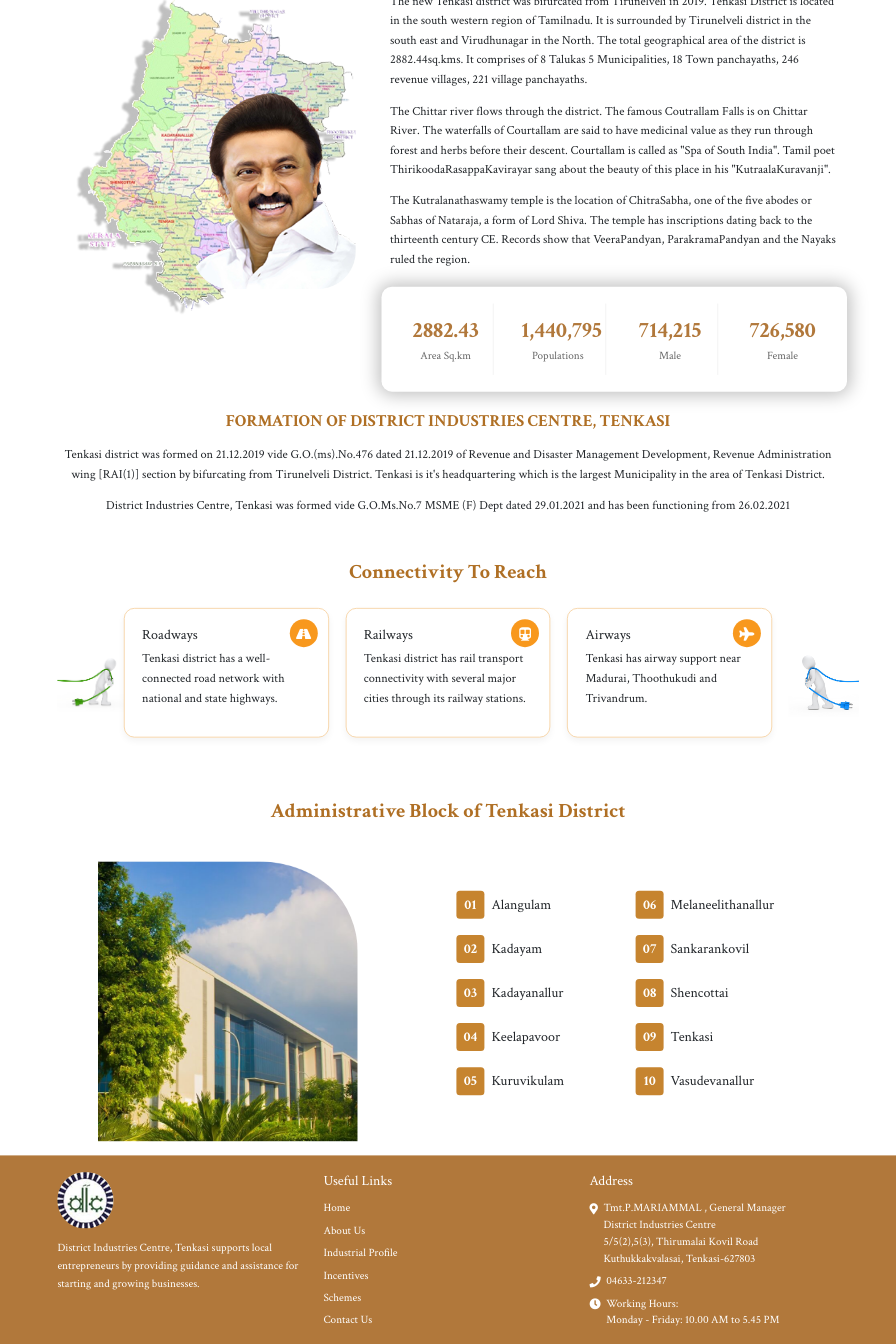
Repository: Brand-Mindz-Global-Technology-Pvt-Ltd/TenkasiDIC--FrontEnd
Page: About US/aboutus.html
The author's editor kept a copy of each file at every save. The page is drawn from the files as they stood at one save, then again after a run of saves.
The browser window is 1280 px wide. The pictures show the part of the page from y = 632 to 2552 px (the page is 2656 px tall), at 70% of full size.

Above is the page before, as saved 2025-07-07 13:32:28.

After the next 3 saves:
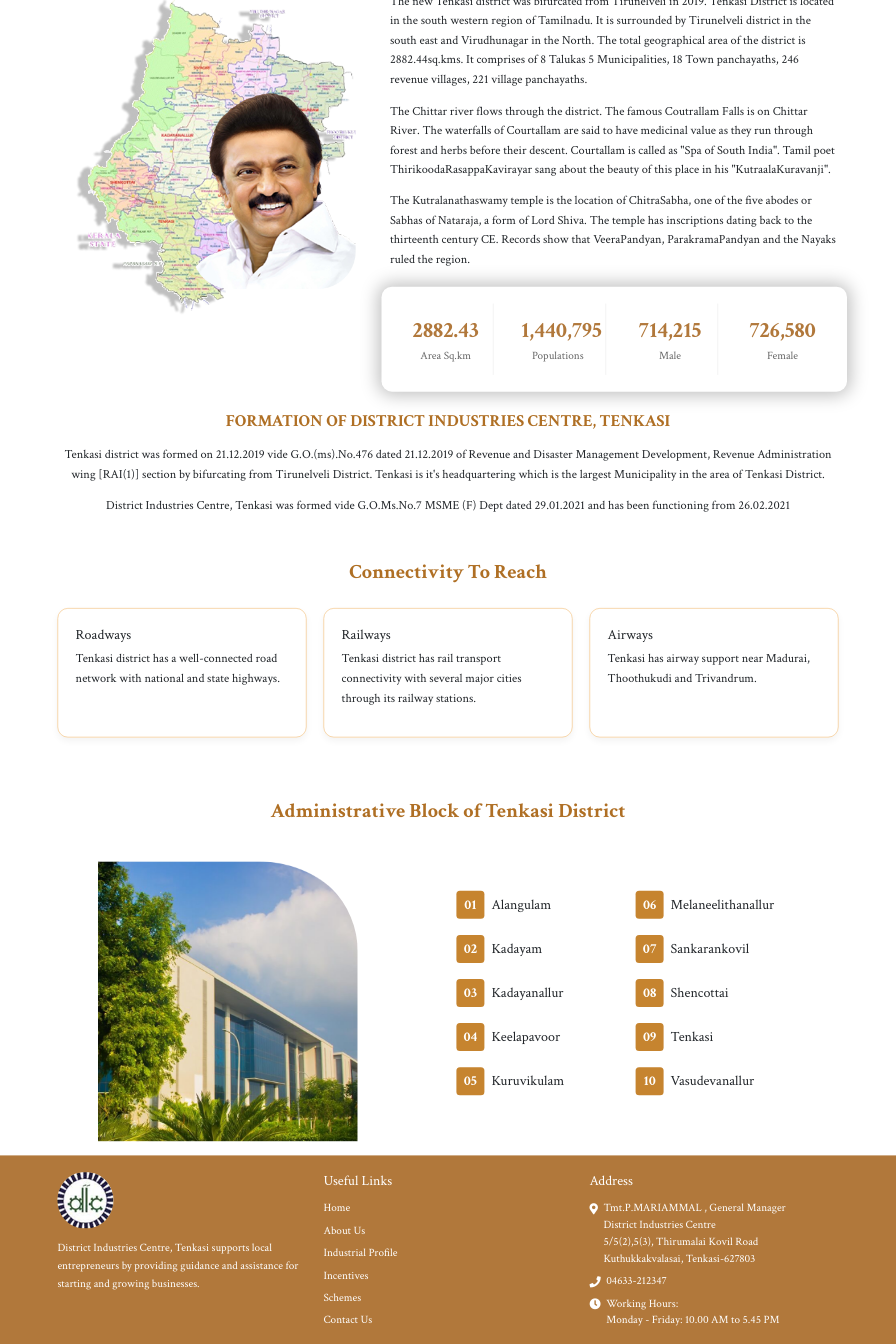
The 3 saves are shown as one change because they came seconds apart.
The last was saved 41 s later.
--- a/About US/aboutus.html
+++ b/About US/aboutus.html
@@ -130,38 +130,40 @@
   <!-- Connectivity -->
   <div class="connectivity-title">Connectivity To Reach</div>
   <div class="row justify-content-between align-items-center">
-    <div class="col-md-1 text-center d-none d-md-block">
-      <img src="../img/left.jpg" alt="Plug Left" class="plug-img">
-    </div>
-    <div class="col-12 col-md-10">
+    <div class="col-12">
       <div class="row">
         <div class="col-md-4 mb-4">
-          <div class="connect-card">
-            <div class="connect-icon"><i class="fas fa-road"></i></div>
+          <div class="connect-card hover-effect">
             <h5>Roadways</h5>
             <p>Tenkasi district has a well-connected road network with national and state highways.</p>
           </div>
         </div>
         <div class="col-md-4 mb-4">
-          <div class="connect-card">
-            <div class="connect-icon"><i class="fas fa-subway"></i></div>
+          <div class="connect-card hover-effect">
             <h5>Railways</h5>
             <p>Tenkasi district has rail transport connectivity with several major cities through its railway stations.</p>
           </div>
         </div>
         <div class="col-md-4 mb-4">
-          <div class="connect-card">
-            <div class="connect-icon"><i class="fas fa-plane"></i></div>
+          <div class="connect-card hover-effect">
             <h5>Airways</h5>
             <p>Tenkasi has airway support near Madurai, Thoothukudi and Trivandrum.</p>
           </div>
         </div>
       </div>
     </div>
-    <div class="col-md-1 text-center d-none d-md-block">
-      <img src="../img/right.jpg" alt="Plug Right" class="plug-img">
-    </div>
-  </div>
+  </div>
+  <style>
+    .connect-card.hover-effect {
+      transition: box-shadow 0.3s, transform 0.3s;
+      cursor: pointer;
+    }
+    .connect-card.hover-effect:hover {
+      box-shadow: 0 4px 24px 0 rgba(32, 70, 165, 0.18), 0 1.5px 6px 0 rgba(32, 70, 165, 0.10);
+      transform: translateY(-6px) scale(1.03);
+      background: #f5f8ff;
+    }
+  </style>
 
   <!-- Administrative Blocks - Updated to match Image 1 layout -->
   <div class="admin-title">Administrative Block of Tenkasi District</div>

After the save that followed:
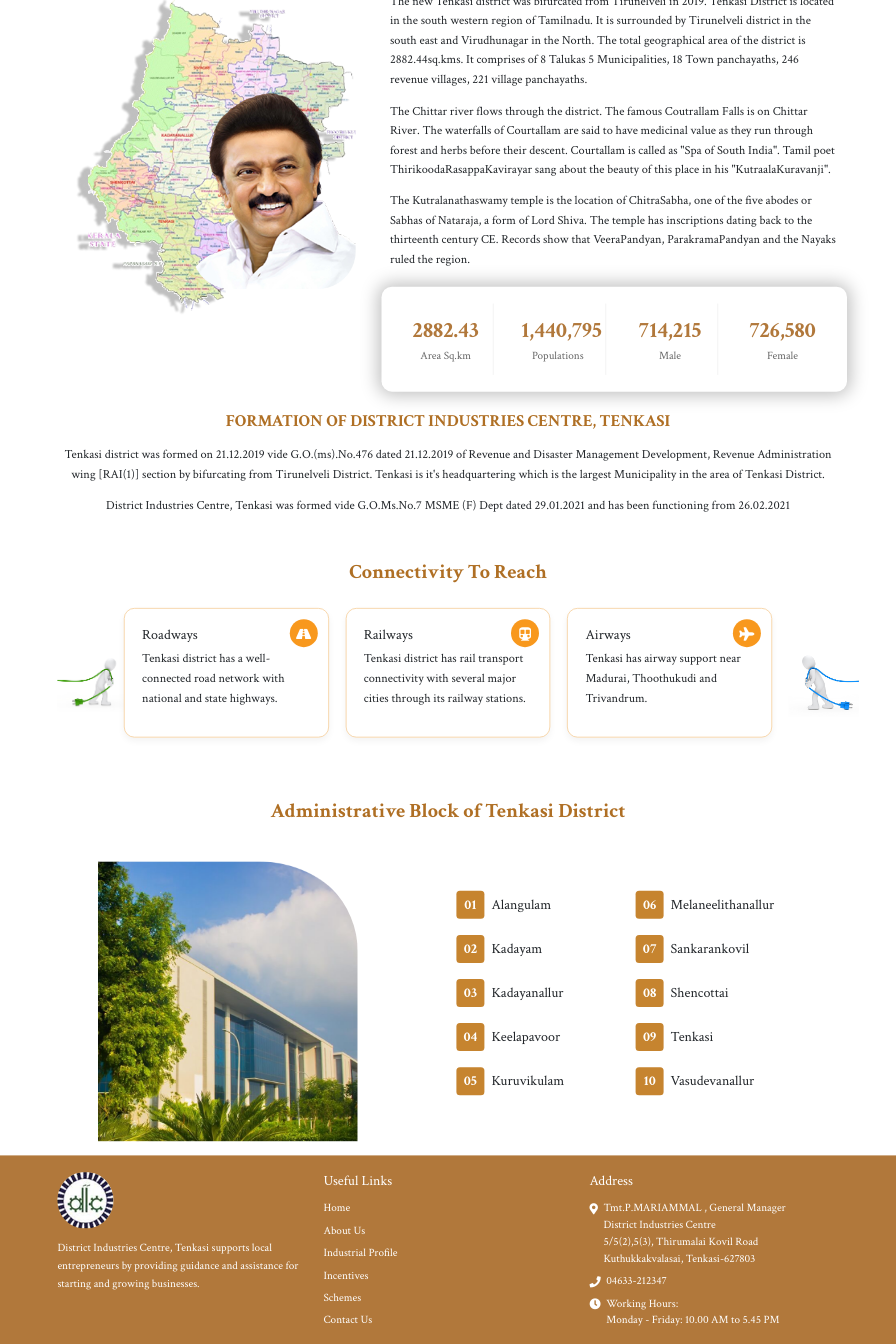
Saved 20 s later.
--- a/About US/aboutus.html
+++ b/About US/aboutus.html
@@ -130,40 +130,38 @@
   <!-- Connectivity -->
   <div class="connectivity-title">Connectivity To Reach</div>
   <div class="row justify-content-between align-items-center">
-    <div class="col-12">
+    <div class="col-md-1 text-center d-none d-md-block">
+      <img src="../img/left.jpg" alt="Plug Left" class="plug-img">
+    </div>
+    <div class="col-12 col-md-10">
       <div class="row">
         <div class="col-md-4 mb-4">
-          <div class="connect-card hover-effect">
+          <div class="connect-card">
+            <div class="connect-icon"><i class="fas fa-road"></i></div>
             <h5>Roadways</h5>
             <p>Tenkasi district has a well-connected road network with national and state highways.</p>
           </div>
         </div>
         <div class="col-md-4 mb-4">
-          <div class="connect-card hover-effect">
+          <div class="connect-card">
+            <div class="connect-icon"><i class="fas fa-subway"></i></div>
             <h5>Railways</h5>
             <p>Tenkasi district has rail transport connectivity with several major cities through its railway stations.</p>
           </div>
         </div>
         <div class="col-md-4 mb-4">
-          <div class="connect-card hover-effect">
+          <div class="connect-card">
+            <div class="connect-icon"><i class="fas fa-plane"></i></div>
             <h5>Airways</h5>
             <p>Tenkasi has airway support near Madurai, Thoothukudi and Trivandrum.</p>
           </div>
         </div>
       </div>
     </div>
-  </div>
-  <style>
-    .connect-card.hover-effect {
-      transition: box-shadow 0.3s, transform 0.3s;
-      cursor: pointer;
-    }
-    .connect-card.hover-effect:hover {
-      box-shadow: 0 4px 24px 0 rgba(32, 70, 165, 0.18), 0 1.5px 6px 0 rgba(32, 70, 165, 0.10);
-      transform: translateY(-6px) scale(1.03);
-      background: #f5f8ff;
-    }
-  </style>
+    <div class="col-md-1 text-center d-none d-md-block">
+      <img src="../img/right.jpg" alt="Plug Right" class="plug-img">
+    </div>
+  </div>
 
   <!-- Administrative Blocks - Updated to match Image 1 layout -->
   <div class="admin-title">Administrative Block of Tenkasi District</div>
